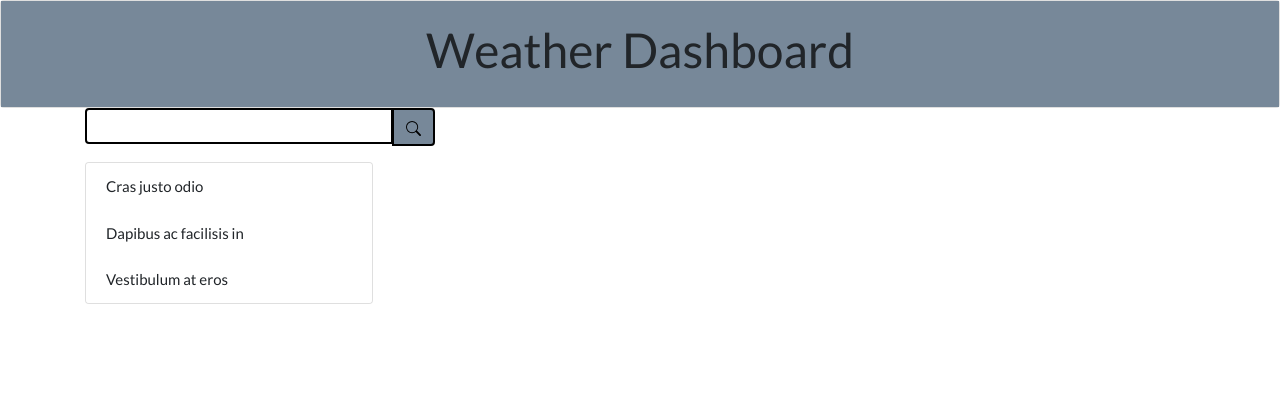
Repository: himaja830/Weather-Dashboard
Page: index.html
These files come from the project's save history. The page is drawn as it stood at one moment and after the next save; the edit follows.
The browser window is 1280 px wide. The pictures show the whole page.
Some web libraries are served in a nearby version.

Above is the page before, as saved 2020-06-26 15:36:01.

After the next save:
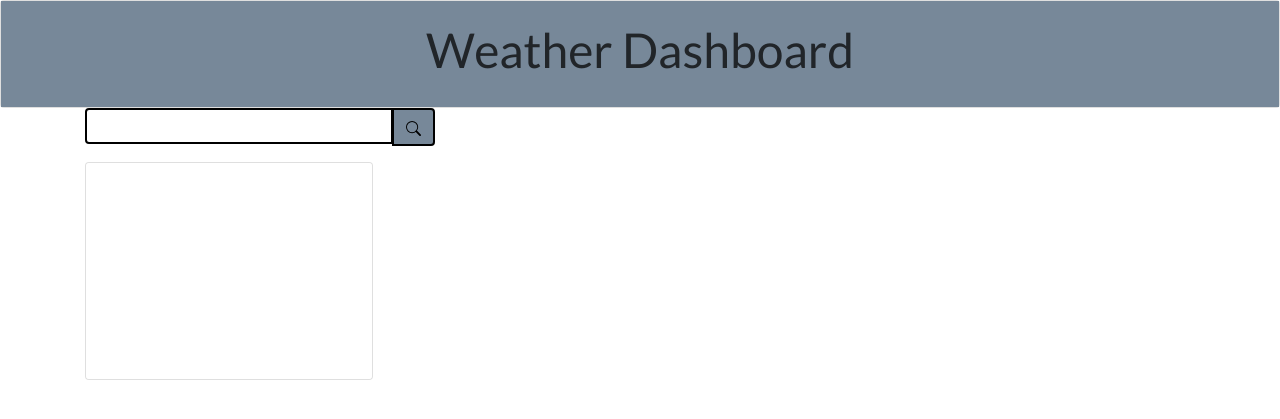
Saved 77 s later.
--- a/index.html
+++ b/index.html
@@ -33,9 +33,15 @@
           </div>
           <div class="card" style="width: 18rem;">
             <ul class="list-group list-group-flush">
-              <li class="list-group-item">Cras justo odio</li>
-              <li class="list-group-item">Dapibus ac facilisis in</li>
-              <li class="list-group-item">Vestibulum at eros</li>
+              <li class="list-group-item"></li>
+              <li class="list-group-item"></li>
+              <li class="list-group-item"></li>
+              <li class="list-group-item"></li>
+              <li class="list-group-item"></li>
+              <li class="list-group-item"></li>
+              <li class="list-group-item"></li>
+              <li class="list-group-item"></li>
+              <li class="list-group-item"></li>
             </ul>
           </div>
       </div>
